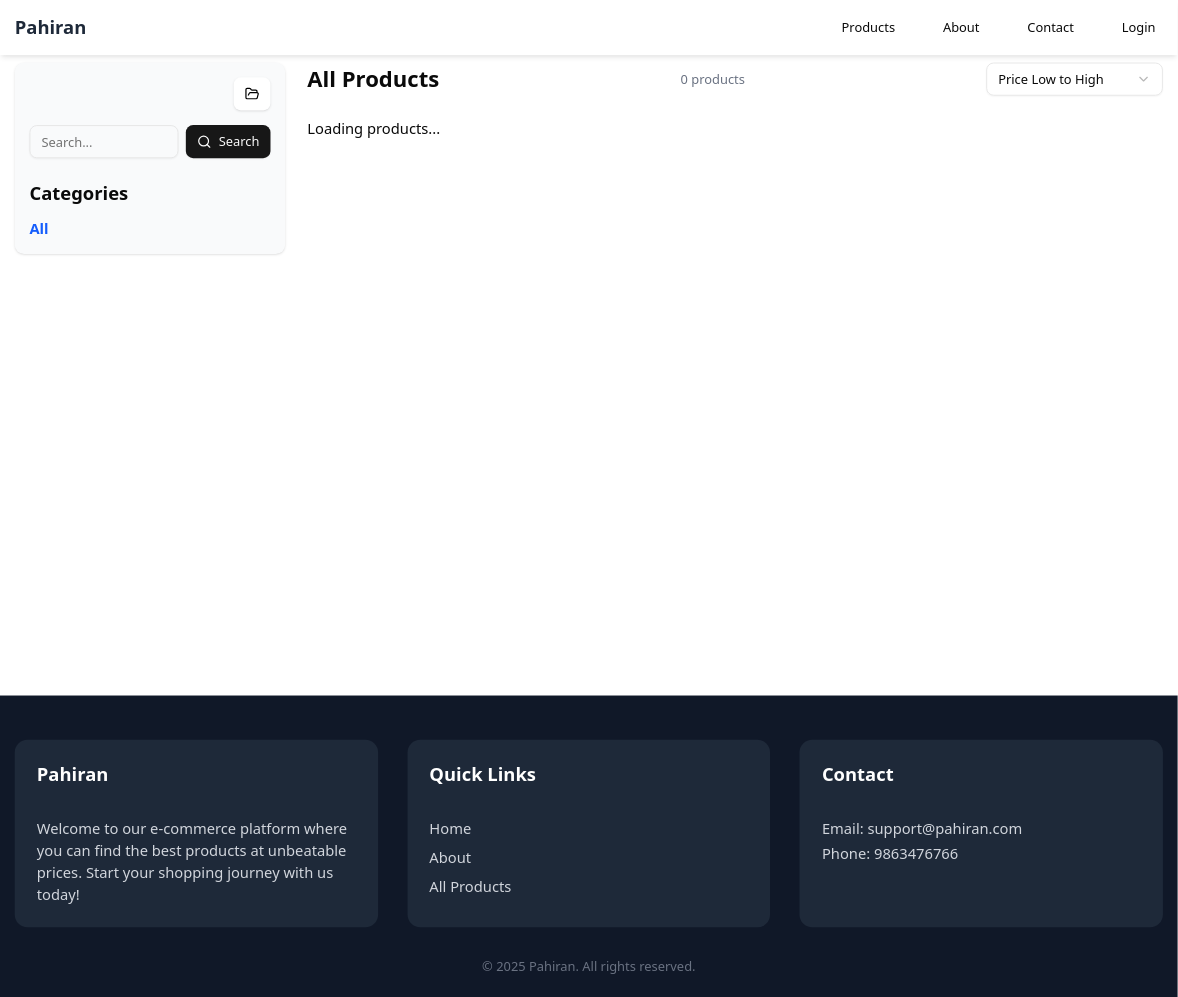
Repository: sushilaneupane/ecommerce_frontend
Page: /products
The author's editor kept a copy of each file at every save. The page is drawn from the files as they stood at one save, then again after a run of saves.
The browser window is 1280 px wide. The pictures show the whole page, at 92% of full size.
The page's requests for data from a server got no answer. The project was rebuilt for these pictures with package versions that can differ from the ones it lists, and the page was loaded fresh each time. No one was signed in, and anything a server would have sent is missing. Also part of the build but not shown: vite.config.js, src/middleware/ProtectedRoute.jsx, src/components/Sidebar.jsx, src/layouts/AdminLayout.jsx, src/pages/NewArrival.jsx, src/pages/Featured.jsx, src/pages/Hero.jsx, src/components/ui/label.jsx and 35 more.

Above is the page before, as saved 2025-10-24 16:04:28.

After the next 2 saves:
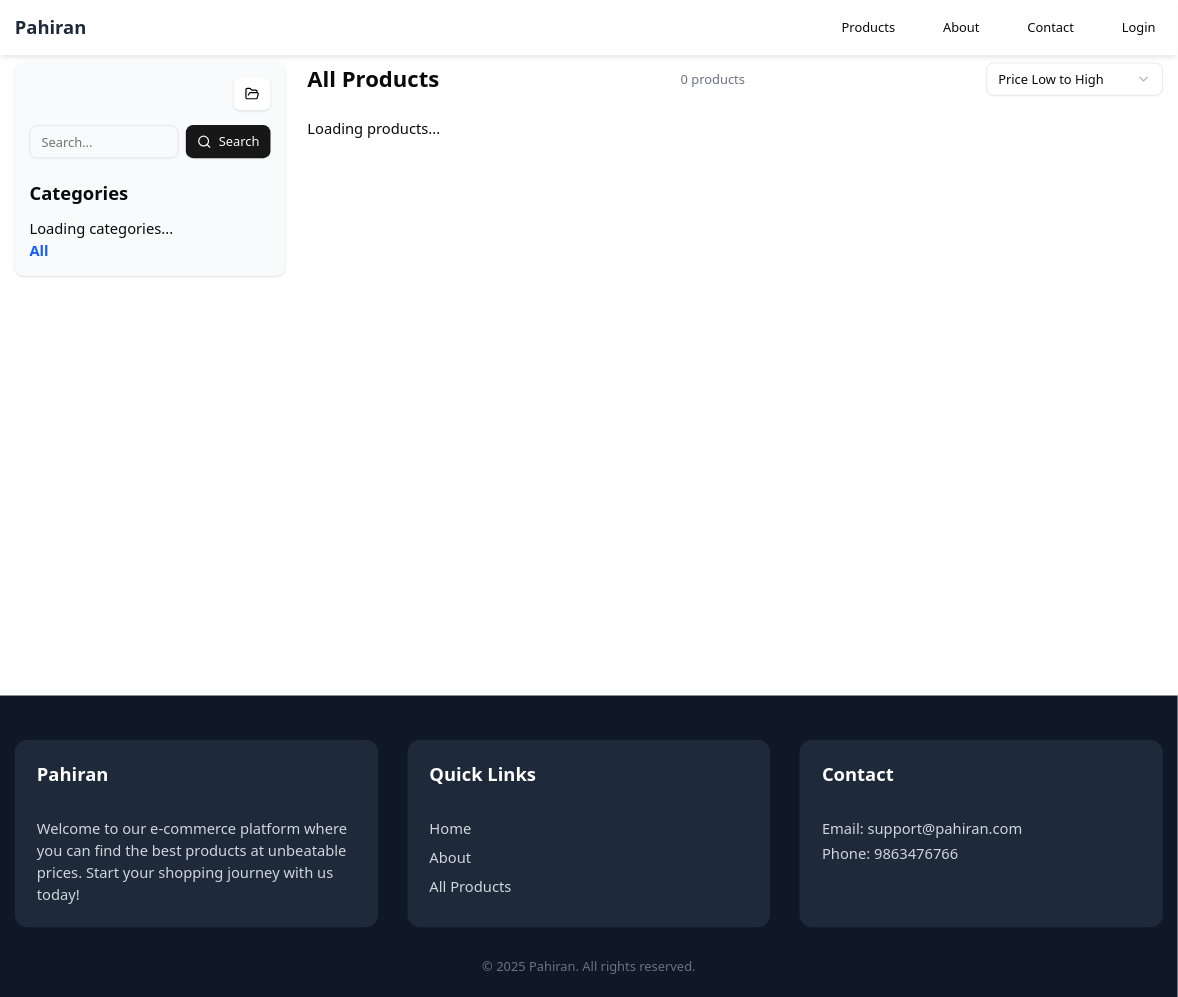
The 2 saves are shown as one change because they came seconds apart.
The last was saved 9 s later.
--- a/src/hooks/useCategories.js
+++ b/src/hooks/useCategories.js
@@ -9,8 +9,8 @@
   // Fetch categories
   const { data: categories = [], isLoading, isError } = useQuery({
     queryKey: [CATEGORY_KEY],
-    queryFn: () => fetchCategories(token),
-    enabled: !!token,
+    queryFn: () => fetchCategories(),
+
   });
 
   // Create category

After the save that followed:
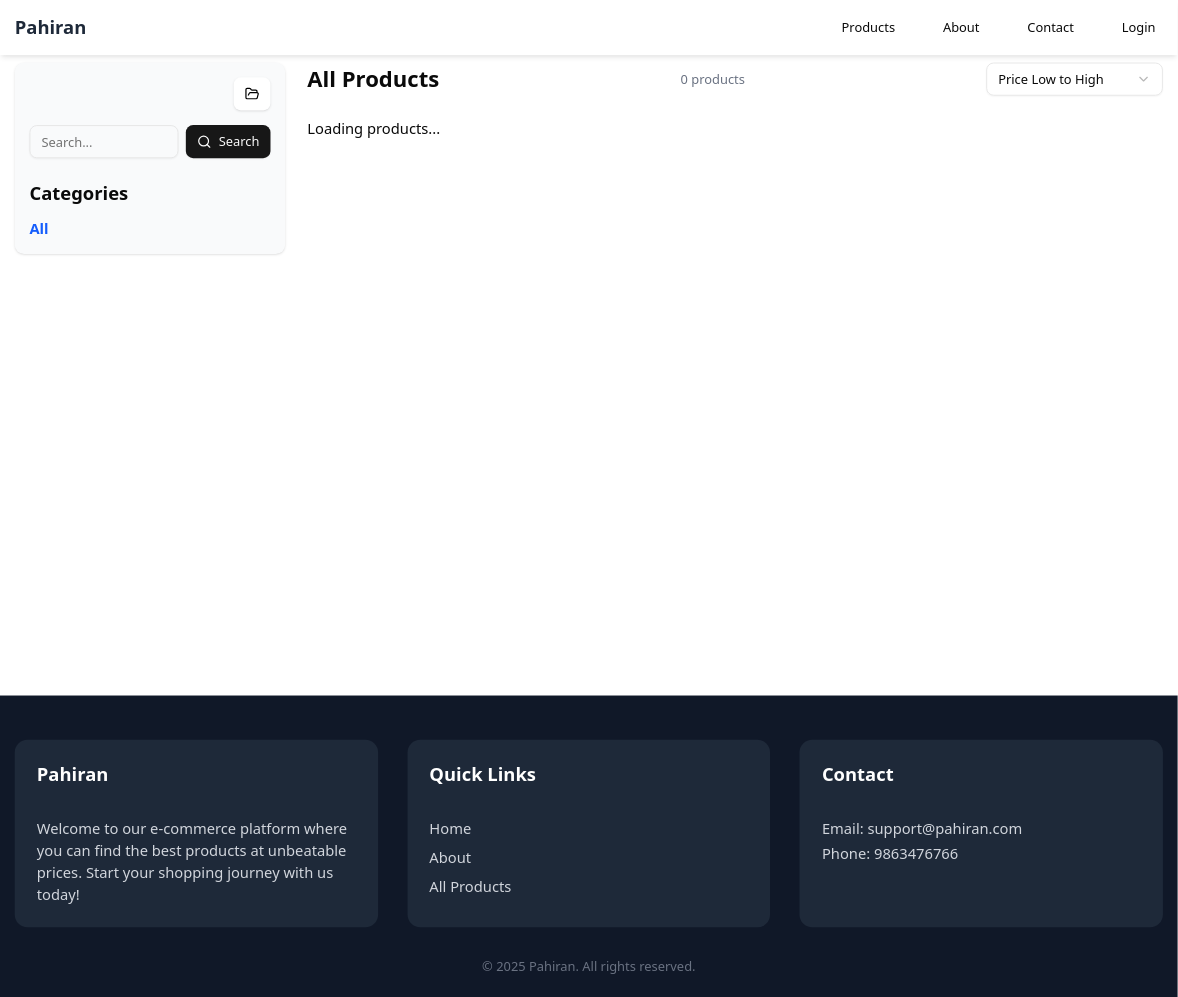
Saved 58 s later.
--- a/src/hooks/useCategories.js
+++ b/src/hooks/useCategories.js
@@ -9,8 +9,8 @@
   // Fetch categories
   const { data: categories = [], isLoading, isError } = useQuery({
     queryKey: [CATEGORY_KEY],
-    queryFn: () => fetchCategories(),
-
+    queryFn: () => fetchCategories(token),
+    enabled: !!token,
   });
 
   // Create category
